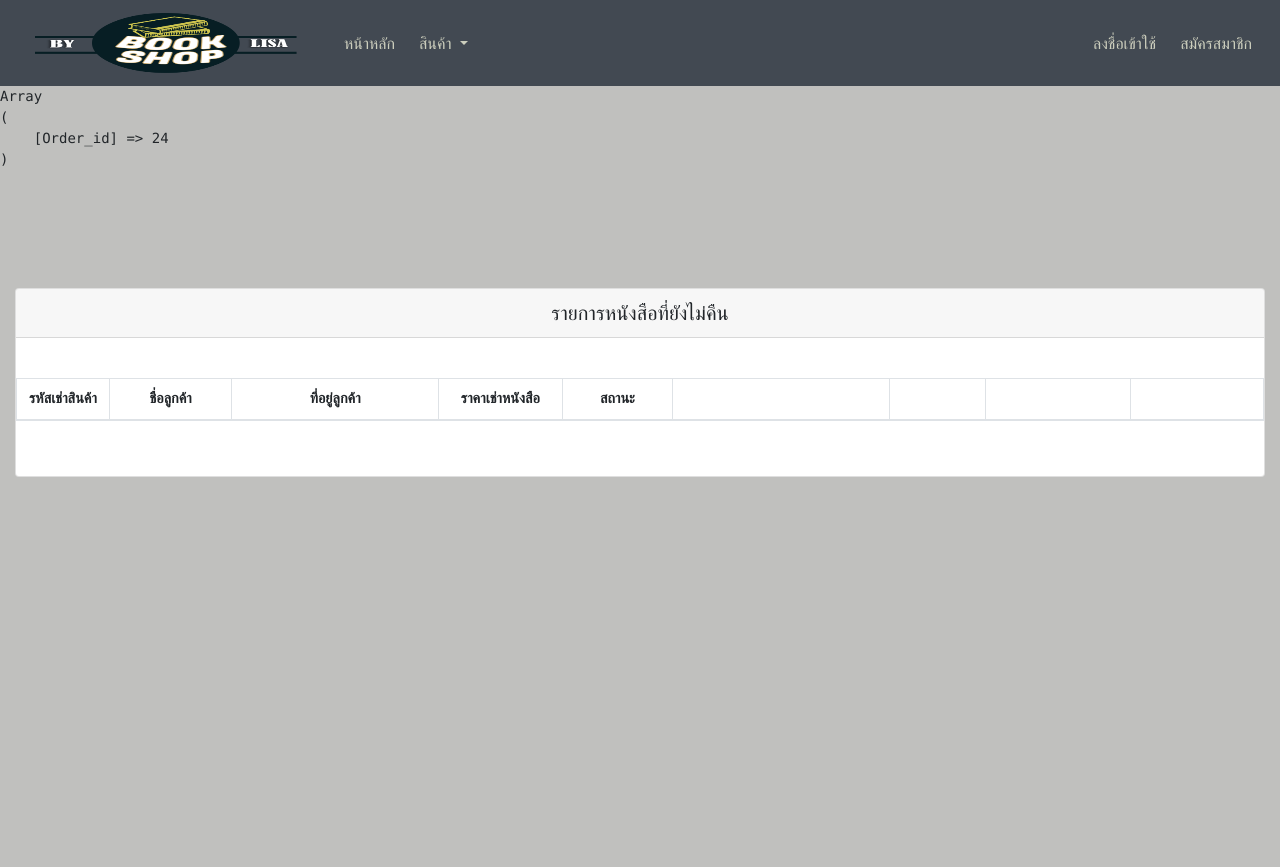
Repository: peawza/shopbook
Page: http://localhost/returnproduct.php?Order_id=24
These files come from the project's save history. The page is drawn as it stood at one moment and after the next save; the edit follows.
The browser window is 1280 px wide. The pictures show the whole page.
The page is run by PHP 8.4 with error messages shown; the project is at /var/www/html/. Other server files are loaded and not shown. The database holds what the project's SQL file puts in it.

Above is the page before, as saved 2020-10-01 09:58:20.

### returnproduct.php
<!DOCTYPE html>
<html lang="en">

<head>
    <meta charset="UTF-8">
    <meta name="viewport" content="width=device-width, initial-scale=1.0">
    <title>Document</title>
    <?php
    require_once('php/condbbook.php');
    include('include\importcss.php');
    include('include\navber.php');
    echo '<pre>';
    //print_r($_SESSION);
    //$_SESSION['ses_php_var'] = $_GET['sendVal'];
    //$_SESSION['ses_php_var'] = $_POST['sendVal'];
    //$_SESSION['Typeid'] = $_POST['Typeid'];
    //print_r($_POST);
    print_r($_GET);
    echo '<pre>';

    ?>
</head>

<body>
    <div class="container-fluid py-2">
        <div class="card ">
            <h5 class="card-header text-center">รายการหนังสือที่ยังไม่คืน</h5>

            <div class="py-2">
                <table class="table table-bordered table-responsive-sm">
                    <thead>
                        <tr>
                            <th width="5%" class="text-center">รหัสเช่าสินค้า</th>
                            <th width="10%" class="text-center">ชื่อลูกค้า</th>
                            <th width="17%" class="text-center">ที่อยู่ลูกค้า</th>
                            <th width="10%" class="text-center">ราคาเช่าหนังสือ</th>
                            <th width="9%" class="text-center">สถานะ</th>
                            <th width="18%" class="text-center"></th>
                            <th width="8%" class="text-center"></th>
                            <th width="12%" class="text-center"></th>
                            <th width="12%" class="text-center"></th>

                        </tr>
                    </thead>
                    <tbody>
                        <?php
                        if (isset($_GET['Order_id'])) {
                            $orderid = $_GET['Order_id'];
                            $selectproduct = "SELECT * FROM `orders`,`user`,`orderrent` WHERE `user`.`User_ID`=`orders`.`User_ID`AND`orders`.`orders_id`= `orderrent`.`orderrent_id`AND `orderrent`.`orderrent_id`= '" . $orderid . "'";
                            $resulproduct = mysqli_query($conn, $selectproduct);
                            while ($rowproduct = mysqli_fetch_array($resulproduct)) {
                                //echo '<pre>';
                                //print_r($rowproduct);

                                //echo '<pre>';
                            }
                        } else {


                            echo 'null';
                        }


                        ?>
                    </tbody>
                    </thead>
                </table>
            </div>
        </div>
    </div>










</body>
<?php
include('include\importjavascript.php');
?>

</html>

### php/condbbook.php
<?php
session_start();
$conn = new mysqli('localhost', 'root', '1234', 'shopbook');
$conn->set_charset("utf8");
//$conn->query('set name utf8');
//echo $conn->connect_error;
if ($conn->connect_errno) {
    die("conmection Failed" . $conn->connect_error);
} /*else {
    die("OK Database");
}*/

//$conndata = new mysqli('localhost', 'root', '1234', 'shop');

### include/importcss.php
<link rel="stylesheet" href="node_modules/bootstrap/dist/css/bootstrap.min.css"> <!-- link เลือก css-->
<link rel="stylesheet" href="node_modules/font-awesome5/css/fontawesome-all.css">
<link rel="stylesheet" href="include/CSS/styles.css?v=<?php echo filemtime('include/CSS/styles.css'); ?>"
    type=" text/css">

<script src="https://www.google.com/recaptcha/api.js"></script>

<script src="https://ajax.googleapis.com/ajax/libs/jquery/2.2.0/jquery.min.js"></script>

<script src="https://maxcdn.bootstrapcdn.com/bootstrap/3.3.6/js/bootstrap.min.js"></script>

### include/importjavascript.php
<script src="node_modules/jquery/dist/jquery.min.js"></script> <!-- sc เลือก src -->
<script src="node_modules/popper.js/dist/umd/popper.min.js"></script>
<script src="node_modules/bootstrap/dist/js/bootstrap.min.js"></script>
<script src="node_modules/jquery-validation/dist/jquery.validate.min.js"></script>
<script src="include/JS/script.js?v=<?php echo filemtime('include/JS/script.js') ?>"></script>

### include/CSS/styles.css
body {
  background-color: #c0c0be;
}
.navberbody {
  background-color: #00ffff;
}
.imglist {
  height: 500px;
  width: 100%;
  max-width: 100%;
}
.cardproductindex {
  height: 250px;
  width: 250px;
}
.cardproduct {
  height: 550px;
}
.mrrcardproduct {
  margin-bottom: auto;
}

.img-profile {
  height: 200px;
  width: 200px;
  margin: auto;
  display: block;
  margin-top: -100px;
}

.textprofile {
  text-align: left;
}
.iconphoto {
  width: 30px;
  height: 30px;
}
.logo {
  width: 300px;
  height: 60px;
}

.photocard {
  width: 300px;
  height: 400px;
}

.img-product {
  width: 780px;
  height: 380px;
}

.imgproductupdate {
  width: 800px;
  height: 700px;
}

/*  ซูมเข้าออก*/
.content-item {
  position: relative;
}

.content-item .photozoom a {
  overflow: hidden;
  display: block;
}

.content-item .photozoom img {
  transition: 500ms;
}

.content-item:hover .photozoom img {
  transform: scale(1.2);
}

.photoproductzoom {
  width: 447px;
  height: 270px;
}
.textproduct {
  font-size: 100%;
}
.cardphotoproduct {
  -webkit-box-shadow: 17px 20px 20px -12px rgba(0, 0, 0, 0.24);
  -moz-box-shadow: 17px 20px 20px -12px rgba(0, 0, 0, 0.24);
  box-shadow: 17px 20px 20px -12px rgba(0, 0, 0, 0.24);
}
.btn-navber {
  border-color: rgb(255, 255, 255);
}

.fa-bars {
  color: #000;
}
.navbar {
  background-color: #424952;
}
.navbar .navbar-brand {
  color: #cccebd;
}
.navbar .navbar-brand:hover,
.navbar .navbar-brand:focus {
  color: #535e6e;
}
.navbar .navbar-text {
  color: #cccebd;
}
.navbar .navbar-text a {
  color: #535e6e;
}
.navbar .navbar-text a:hover,
.navbar .navbar-text a:focus {
  color: #535e6e;
}
.navbar .navbar-nav .nav-link {
  color: #cccebd;
  border-radius: 0.25rem;
  margin: 0 0.25em;
}
.navbar .navbar-nav .nav-link:not(.disabled):hover,
.navbar .navbar-nav .nav-link:not(.disabled):focus {
  color: #535e6e;
}
.navbar .navbar-nav .dropdown-menu {
  background-color: #424952;
  border-color: #d8d292;
}
.navbar .navbar-nav .dropdown-menu .dropdown-item {
  color: #cccebd;
}
.navbar .navbar-nav .dropdown-menu .dropdown-item:hover,
.navbar .navbar-nav .dropdown-menu .dropdown-item:focus,
.navbar .navbar-nav .dropdown-menu .dropdown-item.active {
  color: #535e6e;
  background-color: #d8d292;
}
.navbar .navbar-nav .dropdown-menu .dropdown-divider {
  border-top-color: #d8d292;
}
.navbar .navbar-nav .nav-item.active .nav-link,
.navbar .navbar-nav .nav-item.active .nav-link:hover,
.navbar .navbar-nav .nav-item.active .nav-link:focus,
.navbar .navbar-nav .nav-item.show .nav-link,
.navbar .navbar-nav .nav-item.show .nav-link:hover,
.navbar .navbar-nav .nav-item.show .nav-link:focus {
  color: #535e6e;
  background-color: #d8d292;
}
.navbar .navbar-toggle {
  border-color: #d8d292;
}
.navbar .navbar-toggle:hover,
.navbar .navbar-toggle:focus {
  background-color: #d8d292;
}
.navbar .navbar-toggle .navbar-toggler-icon {
  color: #cccebd;
}
.navbar .navbar-collapse,
.navbar .navbar-form {
  border-color: #cccebd;
}
.navbar .navbar-link {
  color: #cccebd;
}
.navbar .navbar-link:hover {
  color: #535e6e;
}

@media (max-width: 575px) {
  .navbar-expand-sm .navbar-nav .show .dropdown-menu .dropdown-item {
    color: #cccebd;
  }
  .navbar-expand-sm .navbar-nav .show .dropdown-menu .dropdown-item:hover,
  .navbar-expand-sm .navbar-nav .show .dropdown-menu .dropdown-item:focus {
    color: #535e6e;
  }
  .navbar-expand-sm .navbar-nav .show .dropdown-menu .dropdown-item.active {
    color: #535e6e;
    background-color: #d8d292;
  }
}

@media (max-width: 767px) {
  .navbar-expand-md .navbar-nav .show .dropdown-menu .dropdown-item {
    color: #cccebd;
  }
  .navbar-expand-md .navbar-nav .show .dropdown-menu .dropdown-item:hover,
  .navbar-expand-md .navbar-nav .show .dropdown-menu .dropdown-item:focus {
    color: #535e6e;
  }
  .navbar-expand-md .navbar-nav .show .dropdown-menu .dropdown-item.active {
    color: #535e6e;
    background-color: #d8d292;
  }
}

@media (max-width: 991px) {
  .navbar-expand-lg .navbar-nav .show .dropdown-menu .dropdown-item {
    color: #cccebd;
  }
  .navbar-expand-lg .navbar-nav .show .dropdown-menu .dropdown-item:hover,
  .navbar-expand-lg .navbar-nav .show .dropdown-menu .dropdown-item:focus {
    color: #535e6e;
  }
  .navbar-expand-lg .navbar-nav .show .dropdown-menu .dropdown-item.active {
    color: #535e6e;
    background-color: #d8d292;
  }
}

@media (max-width: 1199px) {
  .navbar-expand-xl .navbar-nav .show .dropdown-menu .dropdown-item {
    color: #cccebd;
  }
  .navbar-expand-xl .navbar-nav .show .dropdown-menu .dropdown-item:hover,
  .navbar-expand-xl .navbar-nav .show .dropdown-menu .dropdown-item:focus {
    color: #535e6e;
  }
  .navbar-expand-xl .navbar-nav .show .dropdown-menu .dropdown-item.active {
    color: #535e6e;
    background-color: #d8d292;
  }
}

.navbar-expand .navbar-nav .show .dropdown-menu .dropdown-item {
  color: #cccebd;
}
.navbar-expand .navbar-nav .show .dropdown-menu .dropdown-item:hover,
.navbar-expand .navbar-nav .show .dropdown-menu .dropdown-item:focus {
  color: #535e6e;
}
.navbar-expand .navbar-nav .show .dropdown-menu .dropdown-item.active {
  color: #535e6e;
  background-color: #d8d292;
}
.card {
  font-size: 0.9rem;
  line-height: 1.1;
}

.blog .carousel-indicators {
  left: 0;
  top: auto;
  bottom: -40px;
}

/* The colour of the indicators */

### DB/shopbook.sql (the tables this page reads)
CREATE TABLE `orderrent` (
  `orderrent_id` int(11) NOT NULL,
  `orderrent_productid` int(11) NOT NULL,
  `orderrent_amount` int(11) NOT NULL,
  `orderrent_totalprice` int(11) NOT NULL,
  `orderrent_rentdate` date NOT NULL,
  `orderrent_returndate` date NOT NULL,
  `orderrent_status` int(11) NOT NULL
) ENGINE=InnoDB DEFAULT CHARSET=utf8mb4 COLLATE=utf8mb4_bin;

INSERT INTO `orderrent` (`orderrent_id`, `orderrent_productid`, `orderrent_amount`, `orderrent_totalprice`, `orderrent_rentdate`, `orderrent_returndate`, `orderrent_status`) VALUES
(21, 12, 1, 50, '2020-10-23', '2020-10-30', 1),
(21, 13, 1, 50, '2020-10-23', '2020-10-30', 1),
(21, 15, 1, 45, '2020-10-23', '2020-10-30', 1),
(21, 20, 1, 100, '2020-10-23', '2020-10-30', 1),
(22, 4, 3, 300, '2020-10-23', '2020-10-30', 1),
(23, 13, 1, 50, '2020-10-23', '2020-10-30', 1),
(24, 7, 3, 150, '2020-10-25', '2020-11-01', 0),
(24, 24, 5, 175, '2020-10-25', '2020-11-01', 0),
(25, 8, 10, 500, '2020-10-25', '2020-11-01', 1),
(26, 8, 10, 500, '2020-10-25', '2020-11-01', 1),
(27, 15, 40, 1800, '2020-10-25', '2020-11-01', 1),
(28, 4, 10, 1000, '2020-10-25', '2020-11-01', 1),
(29, 12, 1, 50, '2020-10-25', '2020-11-01', 1),
(29, 23, 10, 300, '2020-10-25', '2020-11-01', 1),
(30, 7, 1, 50, '2020-10-25', '2020-11-01', 1),
(30, 24, 1, 35, '2020-10-25', '2020-11-01', 1),
(31, 12, 1, 50, '2020-10-25', '2020-11-01', 1),
(31, 24, 1, 35, '2020-10-25', '2020-11-01', 1),
(31, 42, 1, 70, '2020-10-25', '2020-11-01', 1),
(32, 23, 1, 30, '2020-10-25', '2020-11-01', 1),
(33, 36, 10, 1000, '2020-10-25', '2020-11-01', 1),
(34, 51, 1, 200, '2020-10-25', '2020-11-04', 1),
(35, 51, 60, 12000, '2020-10-25', '2020-11-04', 1),
(36, 47, 70, 2100, '2020-10-25', '2020-11-01', 0),
(37, 25, 50, 2000, '2020-10-25', '2020-11-01', 0),
(38, 3, 1, 100, '2020-10-27', '2020-11-03', 1),
(39, 16, 1, 75, '2020-10-27', '2020-11-03', 1),
(40, 52, 10, 1000, '2020-10-27', '2020-11-03', 0),
(41, 51, 1, 200, '2020-10-27', '2020-11-06', 0);

ALTER TABLE `orderrent`
  ADD PRIMARY KEY (`orderrent_id`,`orderrent_productid`) USING BTREE,
  ADD KEY `orderrent_productid` (`orderrent_productid`);

ALTER TABLE `orderrent`
  ADD CONSTRAINT `orderrent_ibfk_2` FOREIGN KEY (`orderrent_productid`) REFERENCES `product` (`Product_ID`),
  ADD CONSTRAINT `orderrent_ibfk_3` FOREIGN KEY (`orderrent_id`) REFERENCES `orders` (`orders_id`) ON DELETE CASCADE;

CREATE TABLE `orders` (
  `orders_id` int(11) NOT NULL,
  `User_ID` int(11) NOT NULL,
  `Order_addressuser` text COLLATE utf8mb4_bin NOT NULL,
  `orders_renttotal` float NOT NULL DEFAULT 0,
  `orders_returntotal` float NOT NULL DEFAULT 0,
  `orders_sumtotal` float NOT NULL,
  `orders_iscomplete` int(11) NOT NULL
) ENGINE=InnoDB DEFAULT CHARSET=utf8mb4 COLLATE=utf8mb4_bin;

INSERT INTO `orders` (`orders_id`, `User_ID`, `Order_addressuser`, `orders_renttotal`, `orders_returntotal`, `orders_sumtotal`, `orders_iscomplete`) VALUES
(21, 9, 'ชลบุรี', 245, 0, 245, 2),
(22, 9, '', 300, 0, 300, 2),
(23, 9, '123', 50, 0, 50, 2),
(24, 10, 'มกศรช', 325, 0, 325, 0),
(25, 9, 'sdafffsdfdsafdsagdasgaasdfdsag', 500, 0, 500, 2),
(26, 9, 'หฟกหฟกหฟกหฟกกหฟ', 500, 0, 500, 2),
(27, 9, 'adsdsa', 1800, 1500, 3300, 2),
(28, 9, 'asdasdsa', 1000, 1000, 2000, 2),
(29, 11, 'มกศรช', 350, 0, 350, 2),
(30, 11, 'มกศรช ผฟกหกห', 85, 170, 255, 2),
(31, 11, 'ชลบุรี', 155, 0, 155, 2),
(32, 11, '123132', 30, 0, 30, 2),
(33, 11, '123', 1000, 0, 1000, 2),
(34, 11, '123123\r\n', 200, 0, 200, 2),
(35, 11, '1111\r\n\r\n', 12000, 0, 12000, 2),
(36, 11, 'ชลบุรี', 2100, 0, 2100, 0),
(37, 11, 'ชลบุรี', 2000, 0, 2000, 0),
(38, 9, 'ชลบุรี', 100, 0, 100, 2),
(39, 9, 'มก', 75, 150, 225, 2),
(40, 9, 'มก', 1000, 0, 1000, 0),
(41, 12, 'asd', 200, 0, 200, 0);

ALTER TABLE `orders`
  ADD PRIMARY KEY (`orders_id`),
  ADD KEY `User_ID` (`User_ID`);

ALTER TABLE `orders`
  ADD CONSTRAINT `orders_ibfk_1` FOREIGN KEY (`User_ID`) REFERENCES `user` (`User_ID`);

CREATE TABLE `product` (
  `Product_ID` int(11) NOT NULL,
  `Type_ID` int(11) NOT NULL,
  `Product_Name` text COLLATE utf8mb4_bin NOT NULL,
  `Product_Details` text COLLATE utf8mb4_bin NOT NULL,
  `Product_Price` float NOT NULL,
  `product_buy` int(11) DEFAULT NULL,
  `Product_Balance` int(11) NOT NULL,
  `Product_rentday` int(11) NOT NULL,
  `Product_Photo` text COLLATE utf8mb4_bin NOT NULL,
  `Product_datesave` date NOT NULL
) ENGINE=InnoDB DEFAULT CHARSET=utf8mb4 COLLATE=utf8mb4_bin;

INSERT INTO `product` (`Product_ID`, `Type_ID`, `Product_Name`, `Product_Details`, `Product_Price`, `product_buy`, `Product_Balance`, `Product_rentday`, `Product_Photo`, `Product_datesave`) VALUES
(3, 11, 'บุเพสันนิวาส', 'เกศสุรางค์ หญิงสาวร่างอ้วนจำต้องทะลุมิติไปในรัชกาลสมเด็จพระนารายณ์มหาราช ในร่างของแม่หญิงการะเกดผู้แสนร้ายกาจ และได้พบกับผู้คนมากมายทั้ง หมื่นสุนทรเทวา ผู้เป็นคู่หมั้นคู่หมายของการะเกด ออกญาโหราธิบดี ราชครูของพระนารายณ์ แม่มะลิ บุตรสาวของแขกฟานิกลูกครึ่งญี่ปุ่น โปรตุเกส และผู้คนอีกมากมาย', 100, 200, 10, 7, '9102909146241.jpg', '2020-10-23'),
(4, 11, 'ปริศนามหาเวทย์', 'ปริศนามหาเวทย์', 100, 200, 5, 7, '9102908113900.gif', '2020-10-20'),
(5, 11, 'Sea Witch', 'Sea Witch', 100, 200, 10, 7, '9102908766196.jpg', '2020-10-20'),
(7, 10, 'Onepiece', 'เป็นเรื่องราวในยุคทองของโจรสลัด โจรสลัดทุกคนมีเป้าหมายเดียวกันคือเพื่อค้นหา สมบัติที่เรียกว่า \"วันพีช\" ซึ่งผู้ใดสามารถค้นหาและครอบครองวันพีชอยู่ ผู้นั้นก็คือเจ้าแห่งโจรสลัด(ราชาโจรสลัด) โดยผู้ที่เคยครอบครองวันพีชนั้นมีอยู่คนเดียวตามที่เปิดเผยคือ เจ้าแห่งโจรสลัด โกลด์ ดี โรเจอร์ ซึ่งหลังจากที่ ได้ครอบครองวันพีซแล้ว โกลด์ ดี โรเจอร์ก็ได้มอบตัว และยอมรับโทษการประหารชีวิตที่เกาะโร๊คบ้านเกิดของตนนั่นเอง และก่อนตายโกลด์ ดี โรเจอร์ ได้ทิ้งคำพูดก่อนตายที่เปลี่ยนยุคสมัยของโจรสลัดว่า \"สมบัติของฉันหรอ อยากได้ก็เอาไปซิ ไปหาเอาเลย ฉันเอาทุกอย่างบนโลกไปไว้ที่นั่นหมดแล้ว\" แล้วเหล่า โจรสลัดทั้งหลายจึงมุ่งหน้าสู้แกรนด์ไลน์เพื่อตามหาวันพีซ', 50, 100, 6, 7, '9102907166680.jpg', '2020-10-23'),
(8, 10, 'Naruto', 'นารูโตะเป็นกำพร้าและไม่มีพี่น้อง เติบโตขึ้นโดยไม่รู้ว่าตนเองมีจิ้งจอกเก้าหางอยู่ภาย ในร่างกาย หลังจากสำเร็จการศึกษาเป็นนินจาชั้น เกะนิน (นินจาระดับล่าง) และปฏิบัติหน้าที่ภายใต้การควบคุมของ ฮาตาเกะ คาคาชิ ซึ่งเป็น โจนิน (นินจาระดับสูง) ฉายา ก๊อบปี้นินจา โดยมีสมาชิกร่วมทีมอีกสองคน คือ อุจิวะ ซาสึเกะ และ ฮารุโนะ ซากุระ', 50, 100, 10, 7, '9102907412301.jpg', '2020-10-23'),
(12, 10, 'Fairytail', 'นัตสึ ดรากูนีล\"ดราก้อนสเลเยอร์ไฟ ได้ออกเดินทางเพื่อตามหาอิกนิลหรือมังกรที่เปรียบเสมือนพ่อของนัตสึ ไปกับแมวบินได้และพูดได้ ชื่อ แฮปปี้ โดยระหว่างทางได้พบกับ\"ลูซี่ ฮาร์ทฟิเลีย\"สาวน้อยผู้อัญเชิญเทพแห่งดวงดาวและได้ตกลงเป็นเพื่อนกันเพราะลูซี่นั้นอยากเข้ากิลด์แฟรี่เทล', 50, 100, 10, 7, '9102906035329.png', '2020-10-23'),
(13, 13, 'Time', 'นิตยสาร TIME', 50, 150, 4, 7, '9104350156863.jpg', '2020-10-23'),
(14, 12, '51 คำถาามเพิ่มความรู้เรื่องอาชีพ', 'รวมประเด็นน่าสนใจเกี่ยวกับอาชีพ', 100, 150, 10, 7, '9104350802507.jpg', '2020-10-23'),
(15, 10, 'Doraemon', 'หุ่นยนเเมวที่ส่งมาช่วย โนบิตะ เพื่อให้อนาคตของเขาเปลื่ยนไป', 45, 75, 29, 7, '9104351707679.png', '2020-10-23'),
(16, 10, '3ก๊ก', 'ตำนานของวีรบุรุษที่จะรวมเเผ่นดินทั้ง3เป็น1', 75, 150, 19, 7, '9104352222267.jpg', '2020-10-23'),
(17, 12, '30 สิ่งมหัศจรรย์ของโลกที่น่ารู้', 'สิ่งมหัศจรรย์ของโลก', 50, 100, 5, 7, '9104352622959.jpg', '2020-10-23'),
(18, 12, 'เกร็ดความรู้เเละภาษาอาเซียน', 'ความรู้เเละภาษาอาเซียน', 80, 150, 9, 7, '9104353026534.jpg', '2020-10-23'),
(19, 13, 'BAZAAR', 'BAZAAR', 50, 190, 10, 7, '9104353499954.jpg', '2020-10-23'),
(20, 12, 'วิทยาศาสตร์ฉลาดรู้เรื่องสมอง', 'วิทยาศาสตรที่เกี่ยวความรู้เรื่องสมอง', 100, 170, 20, 7, '9104353867647.gif', '2020-10-23'),
(21, 11, 'The butterfly tree', 'The butterfly tree', 170, 300, 5, 7, '9104354170879.jpg', '2020-10-23'),
(22, 13, 'CAMPUS', 'CAMPUS', 60, 165, 10, 7, '9104354376857.jpg', '2020-10-23'),
(23, 10, 'ชินจังจอมเเก่น', 'เรื่องราวชินจังที่ต้องทำให้คุณต้องหัวเราะ', 30, 85, 50, 7, '9104354830108.gif', '2020-10-23'),
(24, 10, 'โคนัน', 'นักสืบหนุ่มที่ถูกชายชุดดำจับตัวให้ไปกินยา พอตื่นขึ้นมากลับกายเป็นเด็กอีกครั้ง', 35, 70, 44, 7, '9104355382500.jpg', '2020-10-23'),
(25, 10, 'Dragonball', 'ซุนโกคู ในวัยเด็ก ก็ได้รู้เกี่ยวกับ ดราก้อนบอล จาก บลูม่า ซึ่งกำลังตามหาอยู่ แถมโกคูเองก็มี ดราก้อนบอล4ดาว ซึ่งเป็นของต่างหน้าคุณปู่ ซุนโกฮัง อีกด้วย ก็เลยตัดสินใจไปตามหาดราก้อนบอลด้วยกัน ต่อมาก็ได้ อูลอน มาเป็นพวกช่วยหาด้วย แต่ในระหว่างนั้น ก็มี ยามุชา และ ปูอัล กับ ปิลาฟและพรรคพวก คอยตามหาดราก้อนบอลด้วย', 40, 75, 0, 7, '9104355839451.jpg', '2020-10-23'),
(26, 11, 'ECHOES FROM THE PAST', 'Echoes from the past', 190, 300, 10, 7, '9104356230225.jpg', '2020-10-23'),
(27, 13, 'ELLE', 'ELLE', 30, 90, 10, 6, '9104356389396.webp', '2020-10-23'),
(28, 13, 'FIGARO JAPAN', 'FIGARO JAPAN', 60, 150, 3, 4, '9104356627109.jpg', '2020-10-23'),
(29, 12, 'คว้าเกรด A ง่ายกว่าที่คิด', 'คว้าเกรด A ง่ายกว่าที่คิด', 55, 130, 7, 6, '9104356893659.png', '2020-10-23'),
(30, 11, 'Harry Potter', 'Harry Potter', 160, 300, 30, 7, '9104357146935.jpg', '2020-10-23'),
(31, 13, 'L OFFICIEL', 'L OFFICIEL', 30, 70, 10, 7, '9104357596692.jpg', '2020-10-23'),
(32, 12, 'สนุกกับการค้นหาความรู้ข้างในแผนที่โลก', 'สนุกกับการค้นหาความรู้ข้างในแผนที่โลก', 60, 150, 10, 7, '9104357883099.jpg', '2020-10-23'),
(33, 10, 'My Hero Academia', 'ว่าด้วยเรื่องราวในอนาคต เมื่อพลังพิเศษได้ถูกทยอยค้นพบทั่วทุกมุมโลก จนกลายเป็นเรื่องปกติของคนเจนเนอเรชั่นใหม่ ที่ล้วนเป็นผู้มี “อัตลักษณ์” (พลังพิเศษเฉพาะตัว) สังคมยอดมนุษย์จึงได้เริ่มขึ้น ขณะเดียวกันความวุ่นวายจากผู้ใช้พลังพิเศษในทางที่ผิด ก็ยกระดับความรุนแรง ประเทศจึงได้ร่างกฏหมายต่อต้านความรุนแรง โดยให้เหล่าผู้กล้าคอยปราบปรามเหล่าวายร้าย ', 40, 75, 40, 7, '9104359185860.jpg', '2020-10-23'),
(34, 13, 'OK MAGAZINE', 'OK MAGAZINE', 30, 90, 10, 7, '9104359398955.jpg', '2020-10-23'),
(35, 10, 'Pinocchio', 'Pinocchio', 100, 200, 5, 7, '9104359601161.jpg', '2020-10-23'),
(36, 11, 'บ้านทรายทอง', 'บ้านทรายทอง', 100, 250, 10, 7, '9104359808705.jpg', '2020-10-23'),
(37, 12, 'เอาชีวิครอดบนเกาะร้าง', 'เอาชีวิครอดบนเกาะร้าง', 80, 135, 5, 7, '9104360075753.webp', '2020-10-23'),
(38, 13, 'VOGUE', 'VOGUE', 30, 75, 10, 7, '9104360487722.jpg', '2020-10-23'),
(39, 11, 'Twilight', 'Twilight', 240, 300, 20, 7, '9104361247095.jpg', '2020-10-23'),
(40, 11, 'The darkness of light', 'The darkness of light', 150, 250, 6, 7, '9104361459702.jpg', '2020-10-23'),
(41, 12, 'เพศศึกษาที่เราอยากรู้', 'เพศศึกษาที่เราอยากรู้', 60, 150, 10, 7, '9104361760502.jpg', '2020-10-23'),
(42, 10, 'Sailormoon', 'Sailormoon', 70, 125, 50, 7, '9104361988958.png', '2020-10-23'),
(43, 11, 'RISEN', 'RISEN', 150, 350, 10, 7, '9104362289392.jpg', '2020-10-23'),
(44, 11, 'REALM OF RUINS', 'REALM OF RUINS', 180, 300, 4, 7, '9104362809007.jpg', '2020-10-23'),
(45, 10, 'สโนว์ไวท์', 'สโนว์ไวท์', 100, 200, 7, 5, '9104367662917.jpg', '2020-10-23'),
(46, 10, 'อลิซ ท่องเเดนมหัศจรรย์', 'อลิซ ท่องเเดนมหัศจรรย์', 40, 150, 5, 7, '9104367935394.jpg', '2020-10-23'),
(47, 10, 'Bleach', 'Bleach', 30, 75, 0, 7, '9104368159565.jpg', '2020-10-23'),
(48, 10, 'Lion King', 'Lion King', 70, 150, 2, 3, '9104368352654.jpg', '2020-10-23'),
(49, 12, 'รัชการที่ 9', 'ประวัติศาสตร์ของในหลวงรัชกาลที่ 9', 50, 150, 10, 7, '9104368788022.jpg', '2020-10-23'),
(51, 13, 'qweqwe', 'ssadzxc', 200, 500, 69, 10, '9105550929723.png', '2020-10-26'),
(52, 15, 'เลข', 'หนังสือเลข', 100, 200, 40, 7, '9106337351482.jpg', '2020-10-27');

ALTER TABLE `product`
  ADD PRIMARY KEY (`Product_ID`),
  ADD KEY `Type_ID` (`Type_ID`);

ALTER TABLE `product`
  MODIFY `Product_ID` int(11) NOT NULL AUTO_INCREMENT, AUTO_INCREMENT=53;

ALTER TABLE `product`
  ADD CONSTRAINT `product_ibfk_1` FOREIGN KEY (`Type_ID`) REFERENCES `producttype` (`Type_ID`);

CREATE TABLE `producttype` (
  `Type_ID` int(11) NOT NULL,
  `Type_Name` text COLLATE utf8mb4_bin NOT NULL
) ENGINE=InnoDB DEFAULT CHARSET=utf8mb4 COLLATE=utf8mb4_bin;

INSERT INTO `producttype` (`Type_ID`, `Type_Name`) VALUES
(10, 'หนังสือการ์ตูน'),
(11, 'หนังสือนิยาย'),
(12, 'หนังสือให้ความรู้'),
(13, 'นิตยสาร'),
(14, 'หนังสืออ้างอิง'),
(15, 'หนังสือเรียน');

ALTER TABLE `producttype`
  ADD PRIMARY KEY (`Type_ID`);

ALTER TABLE `producttype`
  MODIFY `Type_ID` int(11) NOT NULL AUTO_INCREMENT, AUTO_INCREMENT=16;

CREATE TABLE `user` (
  `User_ID` int(11) NOT NULL,
  `User_Username` varchar(30) COLLATE utf8mb4_bin NOT NULL,
  `User_Password` varchar(255) COLLATE utf8mb4_bin NOT NULL,
  `User_Firstname` varchar(60) COLLATE utf8mb4_bin NOT NULL,
  `User_Lastname` varchar(60) COLLATE utf8mb4_bin NOT NULL,
  `User_Telephonenumber` varchar(20) COLLATE utf8mb4_bin NOT NULL,
  `User_Email` varchar(100) COLLATE utf8mb4_bin NOT NULL,
  `User_Photo` text COLLATE utf8mb4_bin NOT NULL,
  `User_Createdate` date NOT NULL,
  `User_Type` text COLLATE utf8mb4_bin NOT NULL
) ENGINE=InnoDB DEFAULT CHARSET=utf8mb4 COLLATE=utf8mb4_bin;

INSERT INTO `user` (`User_ID`, `User_Username`, `User_Password`, `User_Firstname`, `User_Lastname`, `User_Telephonenumber`, `User_Email`, `User_Photo`, `User_Createdate`, `User_Type`) VALUES
(4, 'admin', '$2y$10$SY4xbwIYnzlGXMpgdZHyf.LPEcYFIsZqluIzuCwKXBq3M3BeEG5Ay', 'saran', 'Deesubin', '0000000001', 'saran.de@ku.th', '9102901537951.png', '2020-09-26', 'admin'),
(9, 'ford', '$2y$10$PMdn09lEjbW1HXQUbcYTxuSygozJvQIxKzWmVceRwvZWU79uc0co2', 'sarann', 'dee', '0983575083', 'fordza1231230@gmail.com', 'profile.png', '2020-10-20', 'admin'),
(10, 'saran', '$2y$10$xXmyvxu.6Nv/xL8ooPsf6uwzp2iGCALRMP7ofoMnBqTHUTzz8pFlC', 'saranza123', 'deeza123', '0123456798', 'ford555@gmail.com', '9105289098934.png', '2020-10-25', 'user'),
(11, 'fordza', '$2y$10$VorVYHQiu9vKXUfmvjVqq.bxwNfPxcRe67GpKwcaU8LfqKm04ecPO', 'fordford', 'zazaza', '0147258369', 'zaza@gmail.com', '9105549518927.jpg', '2020-10-25', 'admin'),
(12, 'asdasd', '$2y$10$F8XcUHvSW4NBR.UZKQddSOY8g.F2t0/vdqPHFuTDspI6tqRk0ydZm', 'asdasd', 'asdasd', '0147258147', 'asd@gmail.com', 'profile.png', '2020-10-27', 'user'),
(13, 'user', '$2y$10$Pw1k2zepH2brdS54XpYJIOsdyI/SlskWDDMMcrrCiCg8F/51VUKwm', 'ศุภชัย', 'แจ้งอรุณ', '0970562607', 'agileza_555@hotmail.com', 'profile.png', '2020-10-29', 'admin'),
(14, 'user2', '$2y$10$Bdcw55H//GAhyWCmsa4CHeFME8wXIUPC1HxJAkJOYH/9U5/u14Ix.', 'ศุภชัย', 'แจ้งอรุณ', '0970562607', 'agileza_555@hotmail.com', 'profile.png', '2020-10-29', 'user');

ALTER TABLE `user`
  ADD PRIMARY KEY (`User_ID`);

ALTER TABLE `user`
  MODIFY `User_ID` int(11) NOT NULL AUTO_INCREMENT, AUTO_INCREMENT=15;

Loaded but not shown: include/JS/script.js (557 lines, source omitted); include/navber.php (209 lines, source omitted)

After the next save:
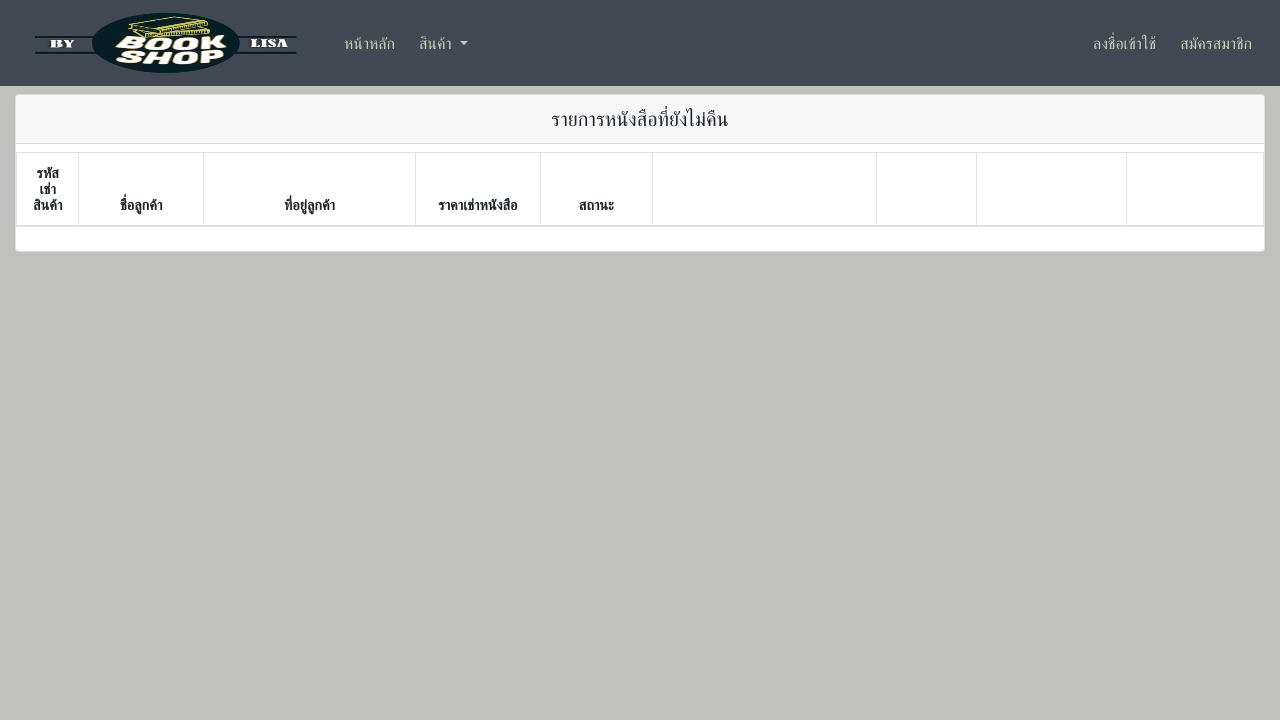
Saved 46 s later.
--- a/returnproduct.php
+++ b/returnproduct.php
@@ -9,14 +9,14 @@
     require_once('php/condbbook.php');
     include('include\importcss.php');
     include('include\navber.php');
-    echo '<pre>';
+    //echo '<pre>';
     //print_r($_SESSION);
     //$_SESSION['ses_php_var'] = $_GET['sendVal'];
     //$_SESSION['ses_php_var'] = $_POST['sendVal'];
     //$_SESSION['Typeid'] = $_POST['Typeid'];
     //print_r($_POST);
-    print_r($_GET);
-    echo '<pre>';
+    //print_r($_GET);
+    //echo '<pre>';
 
     ?>
 </head>
